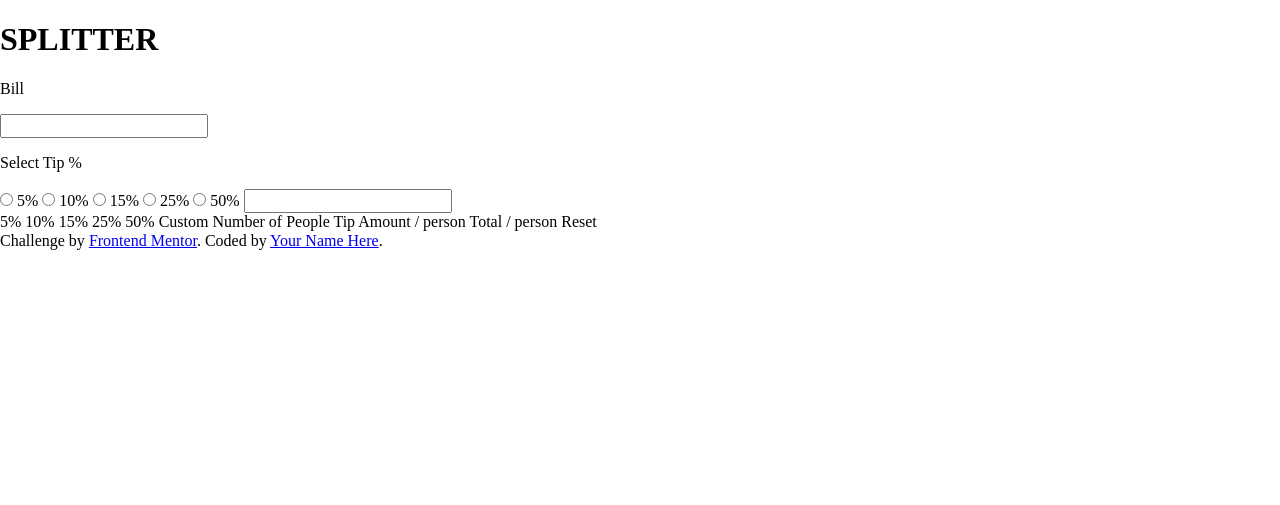
Repository: Jay-JYKim91/FM_tip-calculator
Page: index.html
An editor plug-in stored every save of this project. The page is shown before and after the next save, followed by the edit.
The browser window is 1280 px wide. The pictures show the whole page.

Above is the page before, as saved 2021-12-20 23:11:19.

After the next save:
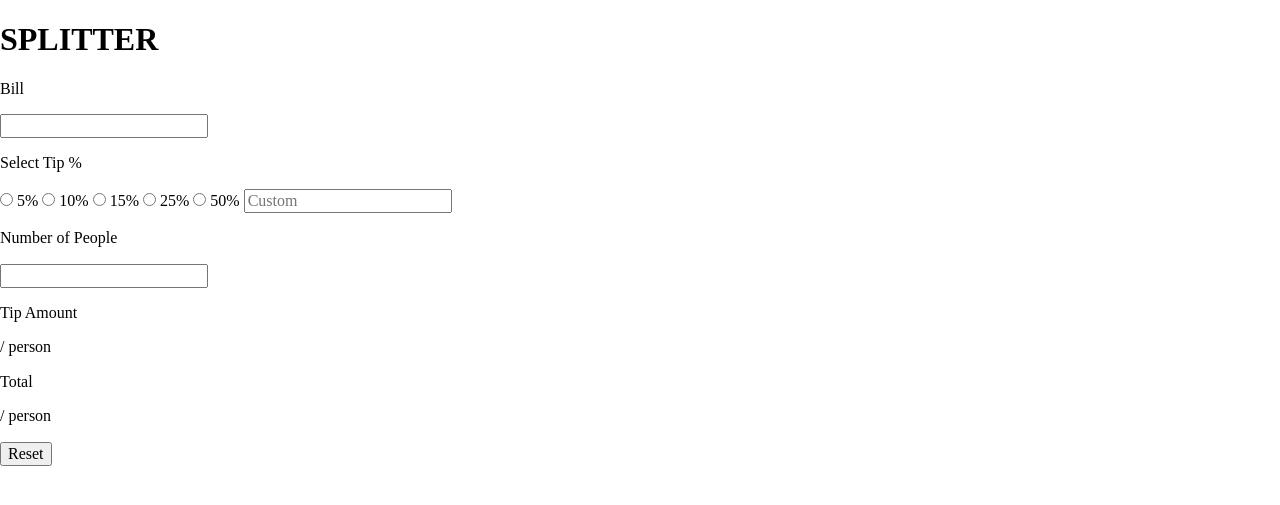
Saved 4 min 49 s later.
--- a/index.html
+++ b/index.html
@@ -19,49 +19,52 @@
   <main class="container">
     <h1>SPLITTER</h1>
     <section class="calculator-wrapper">
-      <article>
-        <p class="title">Bill</p>
-        <input type="text">
-      </article>
-      <article>
-        <p class="title">Select Tip %</p>
-        <input type="radio" id="5%" name="percentage">
-        <label for="5%">5%</label>
-        <input type="radio" id="10%" name="percentage">
-        <label for="10%">10%</label>
-        <input type="radio" id="15%" name="percentage">
-        <label for="15%">15%</label>
-        <input type="radio" id="25%" name="percentage">
-        <label for="25%">25%</label>
-        <input type="radio" id="50%" name="percentage">
-        <label for="50%">50%</label>
-        <input type="text">
-      </article>
+      <div>
+        <article>
+          <p class="title">Bill</p>
+          <input type="text">
+        </article>
+        <article>
+          <p class="title">Select Tip %</p>
+          <input type="radio" id="5%" name="percentage">
+          <label for="5%">5%</label>
+          <input type="radio" id="10%" name="percentage">
+          <label for="10%">10%</label>
+          <input type="radio" id="15%" name="percentage">
+          <label for="15%">15%</label>
+          <input type="radio" id="25%" name="percentage">
+          <label for="25%">25%</label>
+          <input type="radio" id="50%" name="percentage">
+          <label for="50%">50%</label>
+          <input type="text" placeholder="Custom">
+        </article>
+        <article>
+          <p class="title">Number of People</p>
+          <input type="text">
+        </article>
+      </div>
+      <div class="result_wrapper">
+        <div class="result_row">
+          <div class="result_row">
+            <div class="result_title_wrapper">
+              <p class="title">Tip Amount</p>
+              <p class="subtitle">/ person</p>
+            </div>
+            <p id="tipAmountPrice"></p>
+          </div>
+          <div class="result_row">
+            <div class="result_title_wrapper">
+              <p class="title">Total</p>
+              <p class="subtitle">/ person</p>
+            </div>
+            <p id="totalPrice"></p>
+          </div>
+        </div>
+        <div>
+          <button>Reset</button>
+        </div>
+      </div>
     </section>
   </main>
-
-
-
-  5%
-  10%
-  15%
-  25%
-  50%
-  Custom
-
-  Number of People
-
-  Tip Amount
-  / person
-
-  Total
-  / person
-
-  Reset
-
-  <div class="attribution">
-    Challenge by <a href="https://www.frontendmentor.io?ref=challenge" target="_blank">Frontend Mentor</a>.
-    Coded by <a href="#">Your Name Here</a>.
-  </div>
 </body>
 </html>
